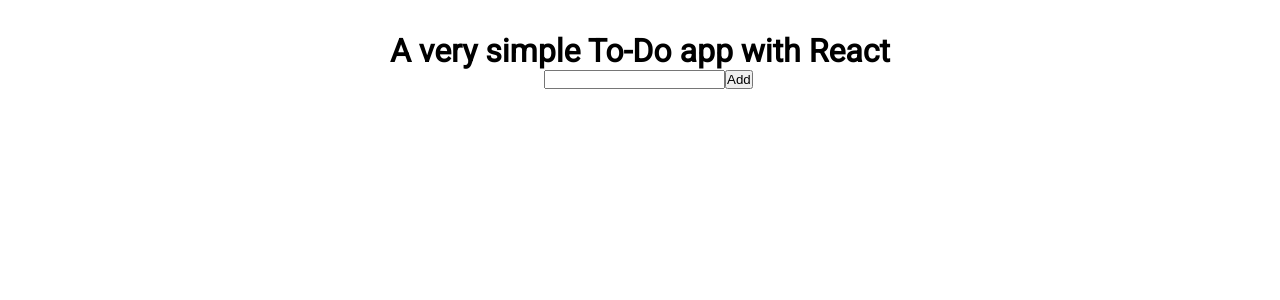
Repository: darioskpavoni/to-do-react
Page: /
An editor plug-in stored every save of this project. The page is shown before and after a run of saves, followed by the edit.
The browser window is 1280 px wide. The pictures show the whole page.
The project was rebuilt for these pictures with package versions that can differ from the ones it lists, and the page was loaded fresh each time. Also part of the build but not shown: vite.config.ts.

Above is the page before, as saved 2023-03-19 23:57:08.

### index.html
<!DOCTYPE html>
<html lang="en">
  <head>
    <meta charset="UTF-8" />
    <link rel="icon" type="image/svg+xml" href="/react.svg" />
    <meta name="viewport" content="width=device-width, initial-scale=1.0" />
    <title>To-Do App - React</title>
  </head>
  <body>
    <div id="root"></div>
    <script type="module" src="/src/main.tsx"></script>
  </body>
</html>

### src/App.tsx
import { useState } from "react";
import "./App.css";

function App() {
  return (
    <div className="App">
      <h1>A very simple To-Do app with React</h1>
      <div className="actions">
        <input type={"text"} />
        <button>Add</button>
      </div>
    </div>
  );
}

export default App;

### src/index.css
@import url("https://fonts.googleapis.com/css2?family=Roboto:wght@300;400&display=swap");

* {
  margin: 0;
  padding: 0;
}

:root {
  font-family: "Roboto", sans-serif;
  font-weight: 300;
}

:root,
body,
body > #root {
  height: 100%;
  width: 100%;
}

#root {
  display: flex;
  flex-direction: column;
  align-items: center;
}

### src/App.css
.App {
  margin: 2rem;
  height: 100%;
  width: 50%;
  display: flex;
  flex-direction: column;
  justify-content: flex-start;
  align-items: center;
}

.actions {
  width: 30%;
  display: flex;
  flex-direction: row;
  justify-content: space-evenly;
}

Loaded but not shown: src/main.tsx (common file)

After the next 5 saves:
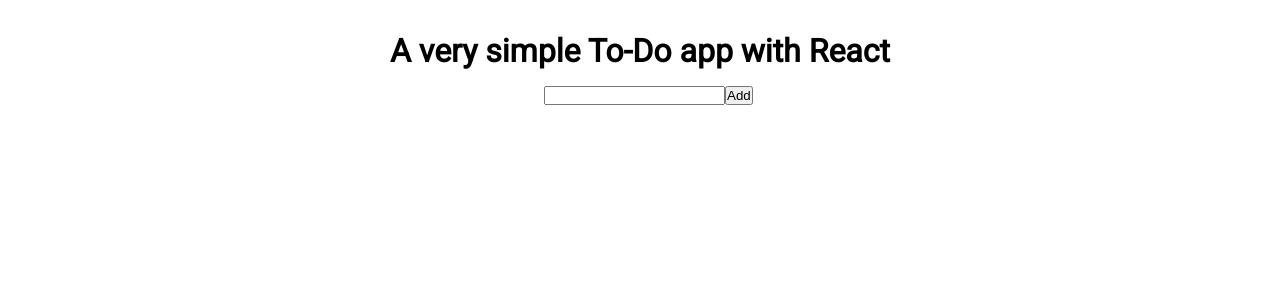
The 5 saves are shown as one change because they came seconds apart.
The last was saved 19 s later.
--- a/src/App.css
+++ b/src/App.css
@@ -1,5 +1,5 @@
 .App {
-  margin: 2rem;
+  margin: 2em;
   height: 100%;
   width: 50%;
   display: flex;
@@ -9,6 +9,7 @@
 }
 
 .actions {
+  padding: 1em;
   width: 30%;
   display: flex;
   flex-direction: row;
